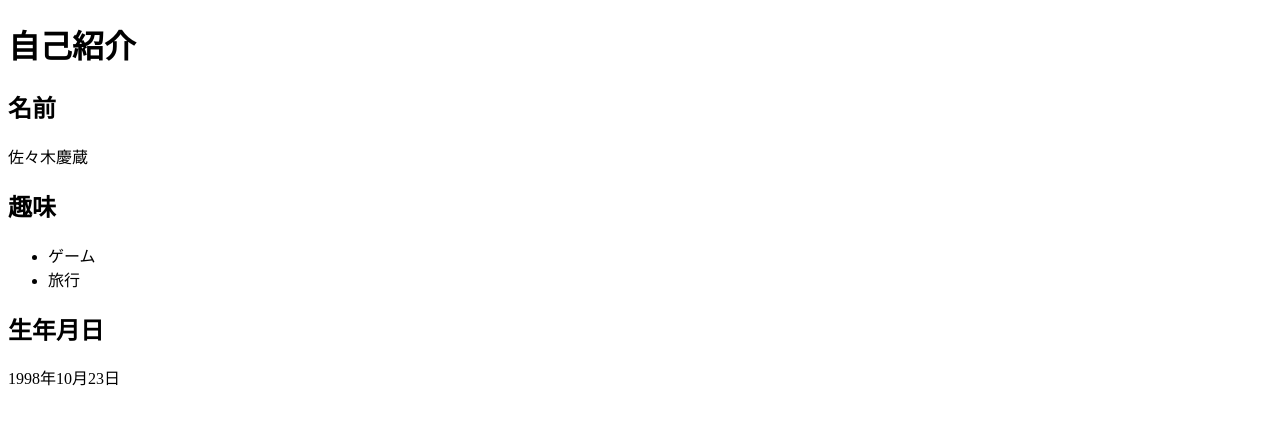
Repository: KeizoSasakiRP/eclipse-workspace
Page: web/src/main/webapp/user/myPage.html
The author's editor kept a copy of each file at every save. The page is drawn from the files as they stood at one save, then again after the next save.
The browser window is 1280 px wide. The pictures show the whole page.

Above is the page before, as saved 2024-01-26 04:36:39.

After the next save:
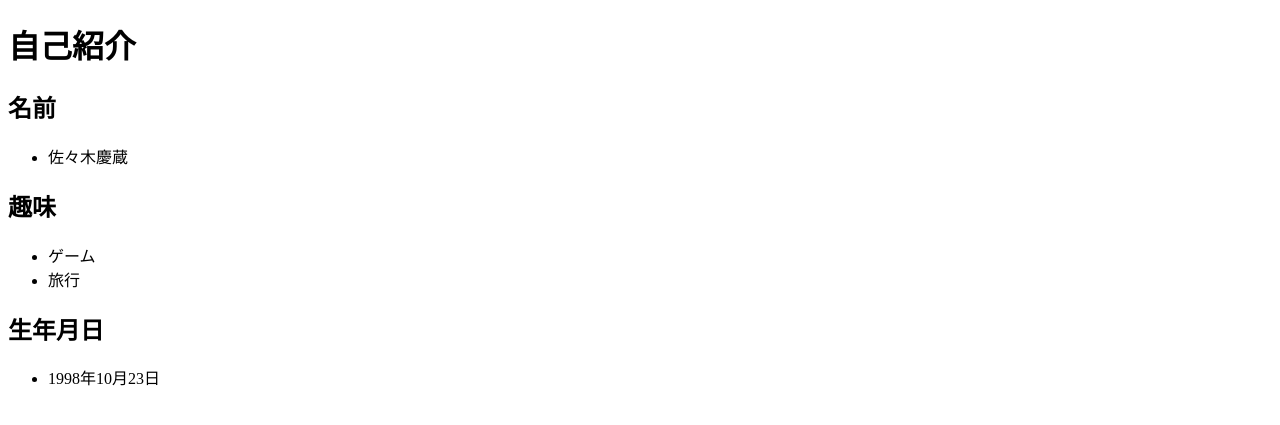
Saved 97 s later.
--- a/web/src/main/webapp/user/myPage.html
+++ b/web/src/main/webapp/user/myPage.html
@@ -7,13 +7,17 @@
 <body>
 	<h1>自己紹介</h1>
 	<h2>名前</h2>
-	<p>佐々木慶蔵</p>
+	<ul>
+		<li>佐々木慶蔵</li>
+	</ul>
 	<h2>趣味</h2>
 	<ul>
 		<li>ゲーム</li>
 		<li>旅行</li>
 	</ul>
 	<h2>生年月日</h2>
-	<p>1998年10月23日</p>
+	<ul>
+		<li>1998年10月23日</li>
+	</ul>
 </body>
 </html>
